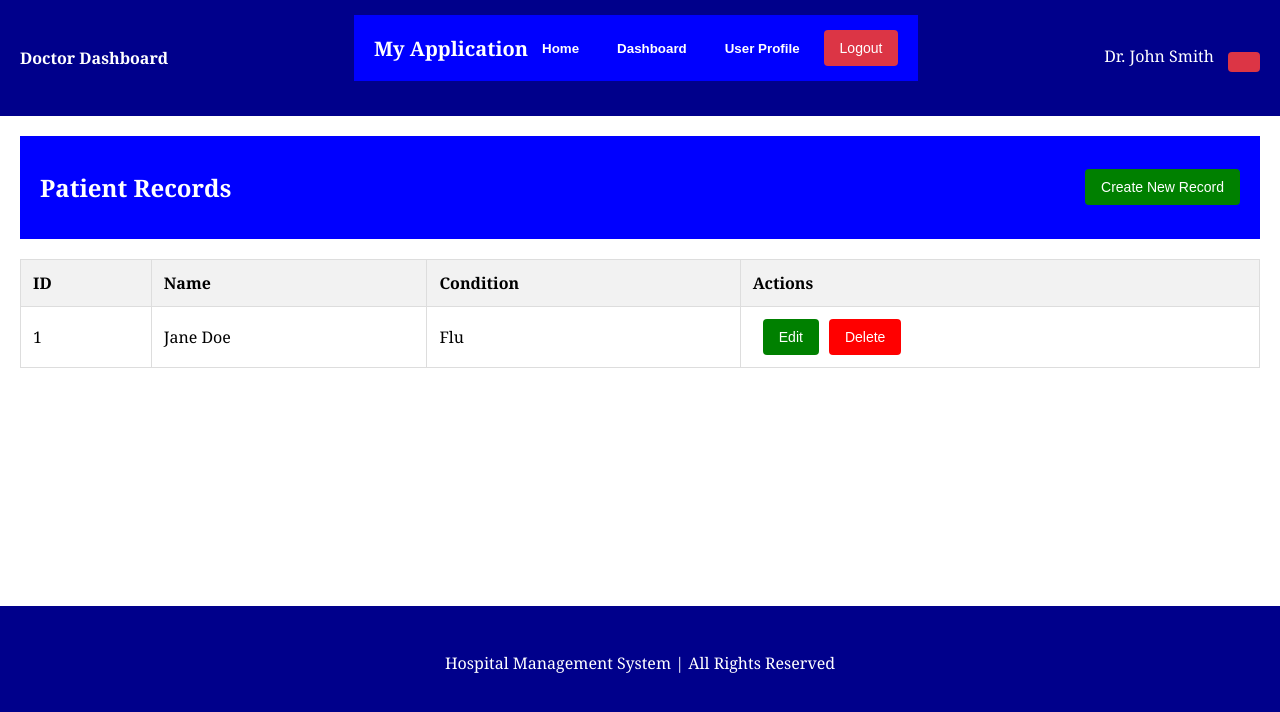
Repository: BinuriJ/HospitalSystem
Page: http://localhost/CyborgSys/DoctorDashboard.jsp
The author's editor kept a copy of each file at every save. The page is drawn from the files as they stood at one save, then again after the next save.
The browser window is 1280 px wide. The pictures show the whole page.
The page is served by Tomcat 9.

Above is the page before, as saved 2025-05-09 17:49:03.

After the next save:
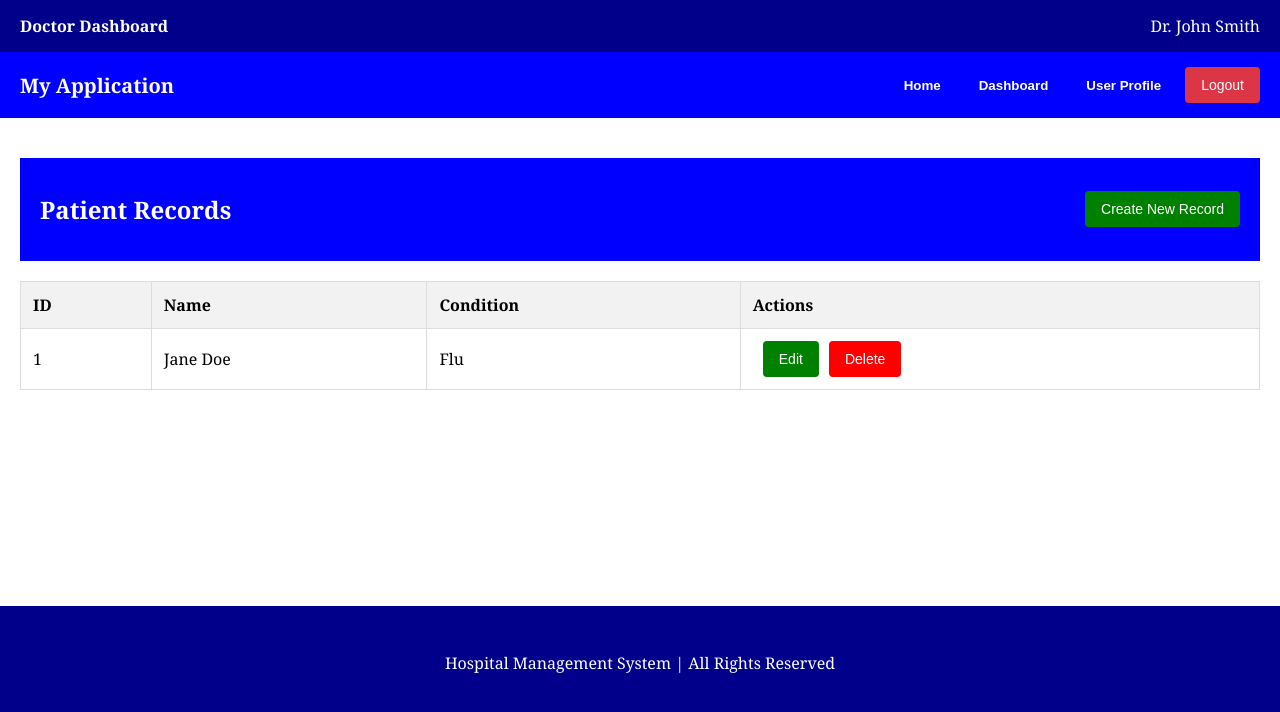
Saved 45 s later.
--- a/CyborgSys/WebContent/DoctorDashboard.jsp
+++ b/CyborgSys/WebContent/DoctorDashboard.jsp
@@ -13,14 +13,12 @@
 
 <div class="top-bar">
     <div><strong>Doctor Dashboard</strong></div>
-
-
-	<jsp:include page="header.jsp" />
     <div>
         <span>Dr. John Smith</span>
-        <button class="btn btn-logout" style="margin-left: 10px;">
     </div>
 </div>
+
+<jsp:include page="header.jsp" />
 
 <div class="container">
     <div class="header">
